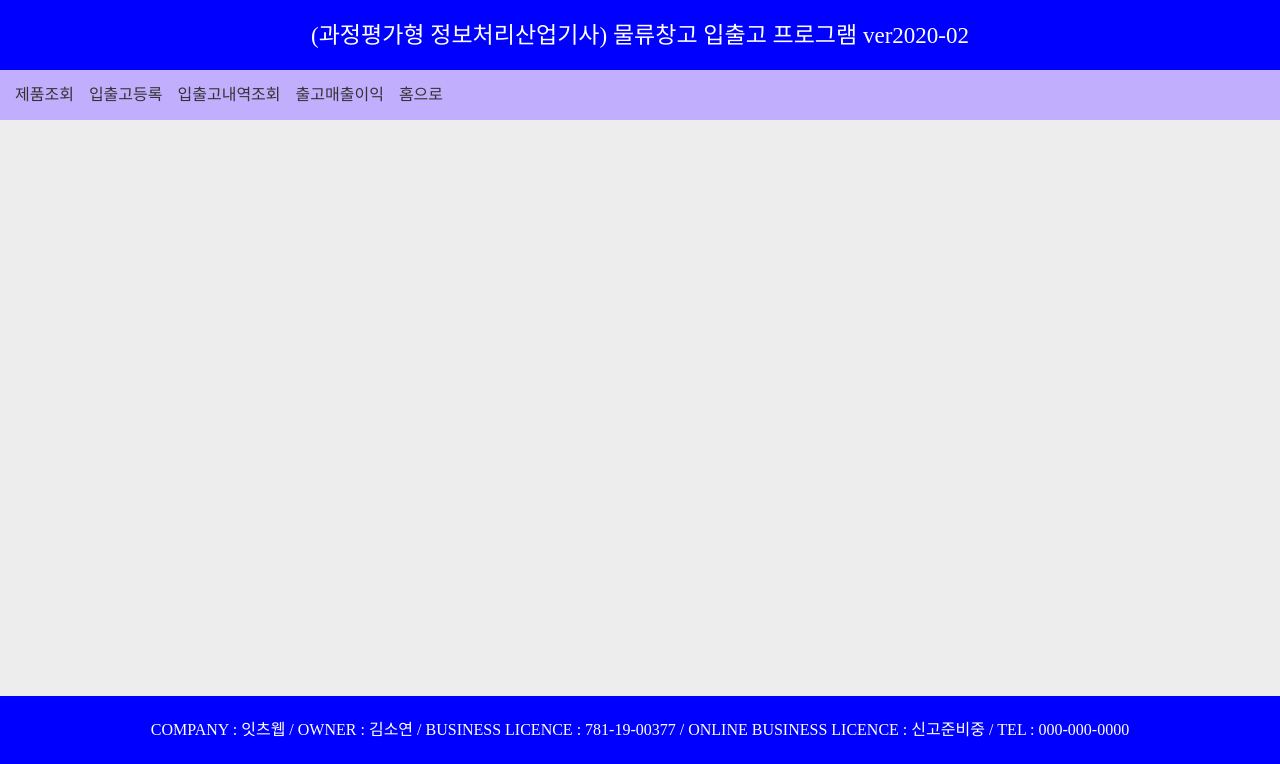
Repository: myeongwoo95/Engineer-Information-Processing
Page: http://localhost/TestProject/inputoutputlist.jsp
An editor plug-in stored every save of this project. The page is shown before and after the next save, followed by the edit.
The browser window is 1280 px wide. The pictures show the whole page.
The page is served by Tomcat 9. Other server files are loaded and not shown.

Above is the page before, as saved 2021-06-24 14:02:05.

### TestProject/src/main/webapp/inputoutputlist.jsp
<%@ page language="java" contentType="text/html; charset=UTF-8"
    pageEncoding="UTF-8"%>
<!DOCTYPE html>
<html>
<head>
	<meta charset="UTF-8">
    <meta http-equiv="X-UA-Compatible" content="IE=edge">
    <meta name="viewport" content="width=device-width, initial-scale=1.0">

    <link rel="stylesheet" href="css/reset.css">
	<link rel="stylesheet" href="css/common.css">
	<link rel="stylesheet" href="css/main.css">

	<title>입출고내역조회</title>
</head>
<body>
	<header class="index-header">
		<h1>(과정평가형 정보처리산업기사) 물류창고 입출고 프로그램 ver2020-02</h1>
		<ul class="index-ul">
			<li><a href="view.do">제품조회</a></li>
			<li><a href="insert.do">입출고등록</a></li>
			<li><a href="inputoutputlist.do">입출고내역조회</a></li>
			<li><a href="saleslist.do">출고매출이익</a></li>
			<li><a href="index.do">홈으로</a></li>
		</ul>
	</header>

	<section class="main-section">
	</section>

	<footer class="index-footer">
		COMPANY : 잇츠웹 / OWNER : 김소연 / BUSINESS LICENCE : 781-19-00377 / ONLINE BUSINESS LICENCE : 신고준비중 / TEL : 000-000-0000
	</footer>

</body>
</html>

### TestProject/src/main/webapp/css/reset.css
@charset "UTF-8";

/* http://meyerweb.com/eric/tools/css/reset/
   v2.0 | 20110126
   License: none (public domain)
*/

html, body, div, span, applet, object, iframe,
h1, h2, h3, h4, h5, h6, p, blockquote, pre,
a, abbr, acronym, address, big, cite, code,
del, dfn, em, img, ins, kbd, q, s, samp,
small, strike, tt, var,
b, u, i, center,
dl, dt, dd, ol, ul, li,
fieldset, form, label, legend,
table, caption, tbody, tfoot, thead, tr, th, td,
article, aside, canvas, details, embed,
figure, figcaption, footer, header, hgroup,
menu, nav, output, ruby, section, summary,
time, mark, audio, video {
    margin: 0;
    padding: 0;
    border: 0;
    font-size: 100%;
    font: inherit;
    vertical-align: baseline;
}

/* HTML5 display-role reset for older browsers */
article, aside, details, figcaption, figure,
footer, header, hgroup, menu, nav, section {
    display: block;
}
body {
    line-height: 1;
}
ol, ul {
    list-style: none;
}
blockquote, q {
    quotes: none;
}
blockquote:before, blockquote:after,
q:before, q:after {
    content: '';
    content: none;
}
table {
    border-collapse: collapse;
    border-spacing: 0;
}

### TestProject/src/main/webapp/css/common.css
/*================================================================
# margin
=================================================================*/
.mr-5 {margin-right: 5px;}
.ml-5 {margin-left: 5px;}
.mt-5 {margin-top: 5px;}
.mb-5 {margin-bottom: 5px;}
.mr-10 {margin-right: 10px;}
.ml-10 {margin-left: 10px;}
.mt-10 {margin-top: 10px;}
.mb-10 {margin-bottom: 10px;}
.mr-15 {margin-right: 15px;}
.ml-15 {margin-left: 15px;}
.mt-15 {margin-top: 15px;}
.mb-15 {margin-bottom: 15px;}
.mr-20 { margin-right: 20px;}
.ml-20 {margin-left: 20px;}
.mt-20 {margin-top: 20px;}
.mb-20 {margin-bottom: 20px;}
.mr-25 {margin-right: 25px;}
.ml-25 {margin-left: 25px;}
.mt-25 {margin-top: 25px;}
.mb-25 {margin-bottom: 25px;}
.mr-30 {margin-right: 30px;}
.ml-30 {margin-left: 30px;}
.mt-30 {margin-top: 30px;}
.mb-30 {margin-bottom: 30px;}
.mr-35 {margin-right: 35px;}
.ml-35 {margin-left: 35px;}
.mt-35 {margin-top: 35px;}
.mb-35 {margin-bottom: 35px;}
.mr-40 {margin-right: 40px;}
.ml-40 {margin-left: 40px;}
.mt-40 {margin-top: 40px;}
.mb-40 {margin-bottom: 40px;}
.mr-45 {margin-right: 45px;}
.ml-45 { margin-left: 45px;}
.mt-45 {margin-top: 45px;}
.mb-45 {margin-bottom: 45px;}
.mr-50 {margin-right: 50px;}
.ml-50 {margin-left: 50px;}
.mt-50 {margin-top: 50px;}
.mb-50 {margin-bottom: 50px;}
.mr-55 {margin-right: 55px;}
.ml-55 {margin-left: 55px;}
.mt-55 {margin-top: 55px;}
.mb-55 {margin-bottom: 55px;}
.mr-60 {margin-right: 60px;}
.ml-60 {margin-left: 60px;}
.mt-60 {margin-top: 60px;}
.mb-60{margin-bottom: 60;}
.mr-65 {margin-right: 65px;}
.ml-65 {margin-left: 65px;}
.mt-65 {margin-top: 65px;}
.mb-65 {margin-bottom: 65px;}
.mr-70 {margin-right: 70px;}
.ml-70 {margin-left: 70px;}
.mt-70 {margin-top: 70px;}
.mb-70 {margin-bottom: 70px;}
.mr-75 {margin-right: 75px;}
.ml-75 {margin-left: 75px;}
.mt-75 {margin-top: 75px;}
.mb-75 {margin-bottom: 75px;}
.mr-80 {margin-right: 80px;}
.ml-80 {margin-left: 80px;}
.mt-80 {margin-top: 80px;}
.mb-80 {margin-bottom: 80px;}
.mr-85 {margin-right: 85px;}
.ml-85 {margin-left: 85px;}
.mt-85 {margin-top:85px;}
.mb-85 {margin-bottom: 85px;}
.mr-90 {margin-right: 90px;}
.ml-90 {margin-left: 90px;}
.mt-90 {margin-top:90px;}
.mb-90 {margin-bottom: 90px;}
.mr-95 {margin-right: 95px;}
.ml-95 {margin-left: 95px;}
.mt-95 {margin-top: 95px;}
.mb-95 {margin-bottom: 95px;}
.mr-100 {margin-right: 100px;}
.ml-100 {margin-left: 100px;}
.mt-100 {margin-top: 100px;}
.mb-100 {margin-bottom: 100px;}
.mr-110 {margin-right: 110px;}
.ml-110 {margin-left: 110px;}
.mt-110 {margin-top:110px;}
.mb-110 {margin-bottom: 110px;}
.mr-120 {margin-right: 120px;}
.ml-120 {margin-left: 120px;}
.mt-120 {margin-top: 120px;}
.mb-120 {margin-bottom: 120px;}
.mr-130 {margin-right: 130px;}
.ml-130 {margin-left: 130px;}
.mt-130 {margin-top: 130px;}
.mb-130 {margin-bottom: 130px;}
.mr-140 {margin-right: 140px;}
.ml-140 {margin-left: 140px;}
.mt-140 {margin-top:140px;}
.mb-140 {margin-bottom: 140px;}
.mr-150 {margin-right: 150px;}
.ml-150 {margin-left: 150px;}
.mt-150 {margin-top: 150px;}
.mb-150 {margin-bottom: 150px;}
.mr-160 {margin-right: 160px;}
.ml-160 {margin-left: 160px;}
.mt-160 {margin-top:160px;}
.mb-160 {margin-bottom: 160px;}
.mr-170 {margin-right: 170px;}
.ml-170 {margin-left: 170px;}
.mt-170 {margin-top:170px;}
.mb-170 {margin-bottom: 170px;}
.mr-180 {margin-right: 180px;}
.ml-180 {margin-left: 180px;}
.mt-180 {margin-top:180px;}
.mb-180 {margin-bottom: 180px;}
.mr-190 {margin-right: 190px;}
.ml-190 {margin-left: 190px;}
.mt-190 {margin-top:190px;}
.mb-190 {margin-bottom: 190px;}
.mr-200 {margin-right: 200px;}
.ml-200 {margin-left: 200px;}
.mt-200 {margin-top:200px;}
.mb-200 {margin-bottom: 200px;}
.mr-210 {margin-right: 210px;}
.ml-210 {margin-left: 210px;}
.mt-210 {margin-top:210px;}
.mb-210 {margin-bottom: 210px;}
.mr-220 {margin-right: 220px;}
.ml-220 {margin-left: 220px;}
.mt-220 {margin-top: 220px;}
.mb-220 {margin-bottom: 220px;}
.mr-230 {margin-right: 230px;}
.ml-230 {margin-left: 230px;}
.mt-230 {margin-top: 230px;}
.mb-230 {margin-bottom: 230px;}
.mr-240 {margin-right: 240px;}
.ml-240 {margin-left: 240px;}
.mt-240 {margin-top: 240px;}
.mb-240 {margin-bottom: 240px;}
.mr-250 {margin-right: 250px;}
.ml-250 {margin-left: 250px;}
.mt-250 {margin-top: 250px;}
.mb-250 {margin-bottom: 250px;}
.mr-260 {margin-right: 260px;}
.ml-260 {margin-left: 260px;}
.mt-260 {margin-top: 260px;}
.mb-260 {margin-bottom: 260px;}
.mr-270 {margin-right: 270px;}
.ml-270 {margin-left: 270px;}
.mt-270 {margin-top: 270px;}
.mb-270 {margin-bottom: 270px;}
.mr-280 {margin-right: 280px;}
.ml-280 {margin-left: 280px;}
.mt-280 {margin-top: 280px;}
.mb-280 {margin-bottom: 280px;}
.mr-290 {margin-right: 290px;}
.ml-290 {margin-left: 290px;}
.mt-290 {margin-top: 290px;}
.mb-290 {margin-bottom: 290px;}
.mr-300 {margin-right: 300px;}
.ml-300 {margin-left: 300px;}
.mt-300 {margin-top: 300px;}
.mb-300 {margin-bottom: 300px;}

/*================================================================
# padding
=================================================================*/
.pr-5 {padding-right: 5px;}
.pl-5 {padding-left: 5px;}
.pt-5 {padding-top: 5px;}
.pb-5 {padding-bottom: 5px;}
.pr-10 {padding-right: 10px;}
.pl-10 {padding-left: 10px;}
.pt-10 {padding-top: 10px;}
.pb-10 {padding-bottom: 10px;}
.pr-15 {padding-right: 15px;}
.pl-15 {padding-left: 15px;}
.pt-15 {padding-top: 15px;}
.pb-15 {padding-bottom: 15px;}
.pr-20 { padding-right: 20px;}
.pl-20 {padding-left: 20px;}
.pt-20 {padding-top: 20px;}
.pb-20 {padding-bottom: 20px;}
.pr-25 {padding-right: 25px;}
.pl-25 {padding-left: 25px;}
.pt-25 {padding-top: 25px;}
.pb-25 {padding-bottom: 25px;}
.pr-30 {padding-right: 30px;}
.pl-30 {padding-left: 30px;}
.pt-30 {padding-top: 30px;}
.pb-30 {padding-bottom: 30px;}
.pr-35 {padding-right: 35px;}
.pl-35 {padding-left: 35px;}
.pt-35 {padding-top: 35px;}
.pb-35 {padding-bottom: 35px;}
.pr-40 {padding-right: 40px;}
.pl-40 {padding-left: 40px;}
.pt-40 {padding-top: 40px;}
.pb-40 {padding-bottom: 40px;}
.pr-45 {padding-right: 45px;}
.pl-45 { padding-left: 45px;}
.pt-45 {padding-top: 45px;}
.pb-45 {padding-bottom: 45px;}
.pr-50 {padding-right: 50px;}
.pl-50 {padding-left: 50px;}
.pt-50 {padding-top: 50px;}
.pb-50 {padding-bottom: 50px;}
.pr-55 {padding-right: 55px;}
.pl-55 {padding-left: 55px;}
.pt-55 {padding-top: 55px;}
.pb-55 {padding-bottom: 55px;}
.pr-60 {padding-right: 60px;}
.pl-60 {padding-left: 60px;}
.pt-60 {padding-top: 60px;}
.pb-60 {padding-bottom: 60;}
.pr-65 {padding-right: 65px;}
.pl-65 {padding-left: 65px;}
.pt-65 {padding-top: 65px;}
.pb-65 {padding-bottom: 65px;}
.pr-70 {padding-right: 70px;}
.pl-70 {padding-left: 70px;}
.pt-70 {padding-top: 70px;}
.pb-70 {padding-bottom: 70px;}
.pr-75 {padding-right: 75px;}
.pl-75 {padding-left: 75px;}
.pt-75 {padding-top: 75px;}
.pb-75 {padding-bottom: 75px;}
.pr-80 {padding-right: 80px;}
.pl-80 {padding-left: 80px;}
.pt-80 {padding-top: 80px;}
.pb-80 {padding-bottom: 80px;}
.pr-85 {padding-right: 85px;}
.pl-85 {padding-left: 85px;}
.pt-85 {padding-top:85px;}
.pb-85 {padding-bottom: 85px;}
.pr-90 {padding-right: 90px;}
.pl-90 {padding-left: 90px;}
.pt-90 {padding-top:90px;}
.pb-90 {padding-bottom: 90px;}
.pr-95 {padding-right: 95px;}
.pl-95 {padding-left: 95px;}
.pt-95 {padding-top: 95px;}
.pb-95 {padding-bottom: 95px;}
.pr-100 {padding-right: 100px;}
.pl-100 {padding-left: 100px;}
.pt-100 {padding-top: 100px;}
.pb-100 {padding-bottom: 100px;}
.pr-110 {padding-right: 110px;}
.pl-110 {padding-left: 110px;}
.pt-110 {padding-top:110px;}
.pb-110 {padding-bottom: 110px;}
.pr-120 {padding-right: 120px;}
.pl-120 {padding-left: 120px;}
.pt-120 {padding-top: 120px;}
.pb-120 {padding-bottom: 120px;}
.pr-130 {padding-right: 130px;}
.pl-130 {padding-left: 130px;}
.pt-130 {padding-top: 130px;}
.pb-130 {padding-bottom: 130px;}
.pr-140 {padding-right: 140px;}
.pl-140 {padding-left: 140px;}
.pt-140 {padding-top:140px;}
.pb-140 {padding-bottom: 140px;}
.pr-150 {padding-right: 150px;}
.pl-150 {padding-left: 150px;}
.pt-150 {padding-top: 150px;}
.pb-150 {padding-bottom: 150px;}
.pr-160 {padding-right: 160px;}
.pl-160 {padding-left: 160px;}
.pt-160 {padding-top:160px;}
.pb-160 {padding-bottom: 160px;}
.pr-170 {padding-right: 170px;}
.pl-170 {padding-left: 170px;}
.pt-170 {padding-top:170px;}
.pb-170 {padding-bottom: 170px;}
.pr-180 {padding-right: 180px;}
.pl-180 {padding-left: 180px;}
.pt-180 {padding-top:180px;}
.pb-180 {padding-bottom: 180px;}
.pr-190 {padding-right: 190px;}
.pl-190 {padding-left: 190px;}
.pt-190 {padding-top:190px;}
.pb-190 {padding-bottom: 190px;}
.pr-200 {padding-right: 200px;}
.pl-200 {padding-left: 200px;}
.pt-200 {padding-top:200px;}
.pb-200 {padding-bottom: 200px;}
.pr-210 {padding-right: 210px;}
.pl-210 {padding-left: 210px;}
.pt-210 {padding-top:210px;}
.pb-210 {padding-bottom: 210px;}
.pr-220 {padding-right: 220px;}
.pl-220 {padding-left: 220px;}
.pt-220 {padding-top: 220px;}
.pb-220 {padding-bottom: 220px;}
.pr-230 {padding-right: 230px;}
.pl-230 {padding-left: 230px;}
.pt-230 {padding-top: 230px;}
.pb-230 {padding-bottom: 230px;}
.pr-240 {padding-right: 240px;}
.pl-240 {padding-left: 240px;}
.pt-240 {padding-top: 240px;}
.pb-240 {padding-bottom: 240px;}
.pr-250 {padding-right: 250px;}
.pl-250 {padding-left: 250px;}
.pt-250 {padding-top: 250px;}
.pb-250 {padding-bottom: 250px;}
.pr-260 {padding-right: 260px;}
.pl-260 {padding-left: 260px;}
.pt-260 {padding-top: 260px;}
.pb-260 {padding-bottom: 260px;}
.pr-270 {padding-right: 270px;}
.pl-270 {padding-left: 270px;}
.pt-270 {padding-top: 270px;}
.pb-270 {padding-bottom: 270px;}
.pr-280 {padding-right: 280px;}
.pl-280 {padding-left: 280px;}
.pt-280 {padding-top: 280px;}
.pb-280 {padding-bottom: 280px;}
.pr-290 {padding-right: 290px;}
.pl-290 {padding-left: 290px;}
.pt-290 {padding-top: 290px;}
.pb-290 {padding-bottom: 290px;}
.pr-300 {padding-right: 300px;}
.pl-300 {padding-left: 300px;}
.pt-300 {padding-top: 300px;}
.pb-300 {padding-bottom: 300px;}

/*================================================================
# clearfix
=================================================================*/
.clearfix::after{
    content: "";
    clear: both;
    display: block;
}
.float--left{
    float: left;
}
.float--right{
    float: right;
}

/*================================================================
# box-sizing
=================================================================*/
*,
*::before,
*::after {
  box-sizing: border-box;
}

/*================================================================
# IR 기법
=================================================================*/
/* 의미있는 이미지의 대체 텍스트를 제공하는 경우 */
/* 의미있는 이미지의 대체 텍스트로 이미지가 없어도 대체 텍스트를 보여주고자 할 때 */
/* 대체 텍스트가 아닌 접근성을 위한 숨김 텍스트를 제공할 때 */
.ir_pm {display: block; overflow: hidden; font-size: 0; line-height: 0; text-indent: -9999px;}
.ir_wa {display: block; overflow: hidden; position: relative; z-index: -1; width: 100%; height: 100%;}
.ir_su {overflow: hidden; position: absolute; width: 0; height: 0; line-height: 0; text-indent: -9999px;}

/*================================================================
# input-text
=================================================================*/
.input--text{
   height: 34px;
   padding: 0 12px;
   border: 1px solid #ddd;
   border-radius: 5px;
   box-sizing: border-box;
   outline: none;
   box-shadow: inset 0 1px 12px rgba(0, 0, 0, 0.075);
   font-size: 16px;
}

.input--text:focus{
    border-color: #51a7e8;
    box-shadow: 0 0 5px rgba(81, 167, 232, 0.5),
                inset 0 1px 12px rgba(0, 0, 0, 0.075);
 }

/* vendor Prefix for input-text*/
.input--text::-webkit-input-placeholder { color: #cacaca }
.input--text::-ms-input-placeholder { color: #cacaca }
.input--text::-moz-input-placeholder { color: #cacaca }

/*================================================================
# text-indent
=================================================================*/
.text-indent5 {text-indent: 5px;}
.text-indent10 {text-indent: 10px;}
.text-indent15 {text-indent: 15px;}
.text-indent20 {text-indent: 20px;}
.text-indent25 {text-indent: 25px;}
.text-indent30 {text-indent: 30px;}
.text-indent35 {text-indent: 35px;}
.text-indent40 {text-indent: 40px;}
.text-indent45 {text-indent: 45px;}
.text-indent50 {text-indent: 50px;}

/*================================================================
# font-weight
=================================================================*/
.fw-400 {font-weight: 400;}
.fw-500 {font-weight: 500;}
.fw-600 {font-weight: 600;}
.fw-700 {font-weight: 700;}
.fw-800 {font-weight: 800;}
.fw-900 {font-weight: 900;}

/*================================================================
# font-size
=================================================================*/
.fz-12 {font-size: 12px;}
.fz-13 {font-size: 13px;}
.fz-14 {font-size: 14px;}
.fz-15 {font-size: 15px;}
.fz-16 {font-size: 16px;}
.fz-17 {font-size: 17px;}
.fz-18 {font-size: 18px;}
.fz-19 {font-size: 19px;}
.fz-20 {font-size: 20px;}
.fz-21 {font-size: 21px;}
.fz-22 {font-size: 22px;}
.fz-23 {font-size: 23px;}
.fz-24 {font-size: 24px;}
.fz-25 {font-size: 25px;}
.fz-26 {font-size: 26px;}
.fz-27 {font-size: 27px;}
.fz-28 {font-size: 28px;}
.fz-29 {font-size: 29px;}
.fz-30 {font-size: 30px;}

### TestProject/src/main/webapp/css/main.css
@charset "UTF-8";

body{
	font-size: 14px;
	font-weight: 400;
}

/*================================================================
# index
=================================================================*/
/* index header */
.index-header h1{
	background: blue;
	height: 70px;
	font-size: 23px;
	display: flex;
	justify-content: center;
	align-items: center;
	color: #fff;
}

.index-header ul{
	background: rgb(193,174,253);
	display: flex;
	height: 50px;
	align-items: center;
}

.index-header ul li {
	margin-left: 15px;
}

.index-header ul li a{
	text-decoration: none;
	color: #333;
	font-size: 16px;
	font-weight: 500;
}

/* index section */
.main-section{
	height: 80vh;
	background: rgb(237,237,237);
}

.index-section h2{
	font-size: 30px;
	color: #333;
	text-align: center;
	padding-top: 50px;
	margin-bottom: 50px;
	font-weight: 800;
}

.index-section p{
	font-size : 15px;
	font-weight: 500;
	margin-left: 10px;
	margin-bottom: 20px;
}

/* index footer */
.index-footer{
	height: 68px;
	background: blue;
	display: flex;
	justify-content: center;
	align-items: center;
	color: white;
	font-size: 16px;
	font-weight: 500;
}

/*================================================================
# view
=================================================================*/
.view-section h1{
	text-align: center;
	font-size: 30px;
	font-weight: 800;
	padding-top: 50px;
	margin-bottom: 50px;
}

.view-section table{
	border: 1px solid #111;
	width: 40%;
	margin: 0 auto;
	padding-top: 50px;
}

.view-section table th{
	text-align: center;
	height: 25px;
	border: 1px solid #111;
	vertical-align: center;
}

.view-section table td{
	text-align: center;
	height: 25px;
	border: 1px solid #111;
	vertical-align: center;
}

/*================================================================
# insert
=================================================================*/
.insert-section h1{
	text-align: center;
	font-size: 30px;
	font-weight: 800;
	padding-top: 50px;
	margin-bottom: 50px;
}

.insert-section table{
	border: 1px solid #111;
	width: 40%;
	margin: 0 auto;
	padding-top: 50px;
}

.insert-section table th{
	text-align: center;
	height: 25px;
	border: 1px solid #111;
	vertical-align: center;
}

.insert-section table td{
	text-align: left;
	height: 25px;
	border: 1px solid #111;
	vertical-align: center;
}

.insert-section .btnlist{
	margin-top:10px;
	display: flex;
	justify-content: center;
}

.insert-section .btnlist input{
	margin-right: 10px;
}

After the next save:
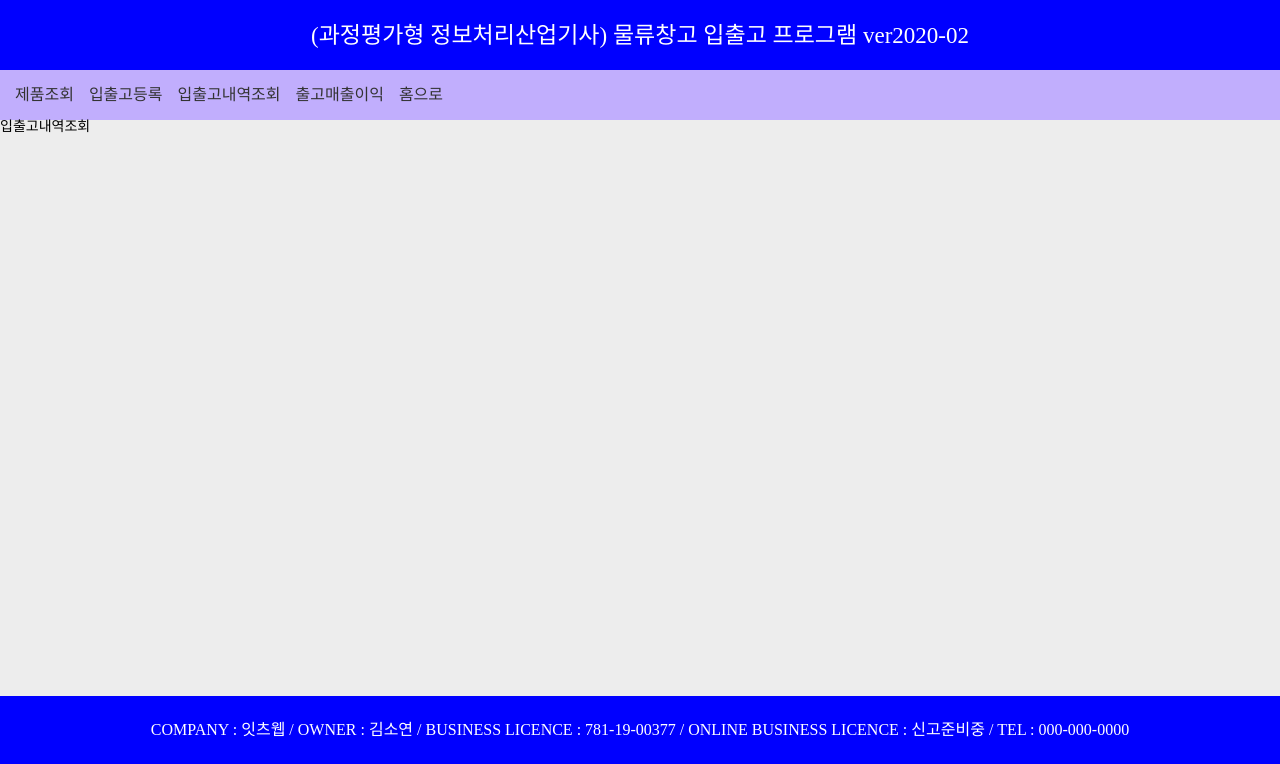
Saved 99 s later.
--- a/TestProject/src/main/webapp/inputoutputlist.jsp
+++ b/TestProject/src/main/webapp/inputoutputlist.jsp
@@ -25,7 +25,10 @@
 		</ul>
 	</header>
 
-	<section class="main-section">
+	<section class="main-section inputoutputlist-section">
+		<h1>입출고내역조회</h1>
+		<table>
+		</table>
 	</section>
 
 	<footer class="index-footer">
